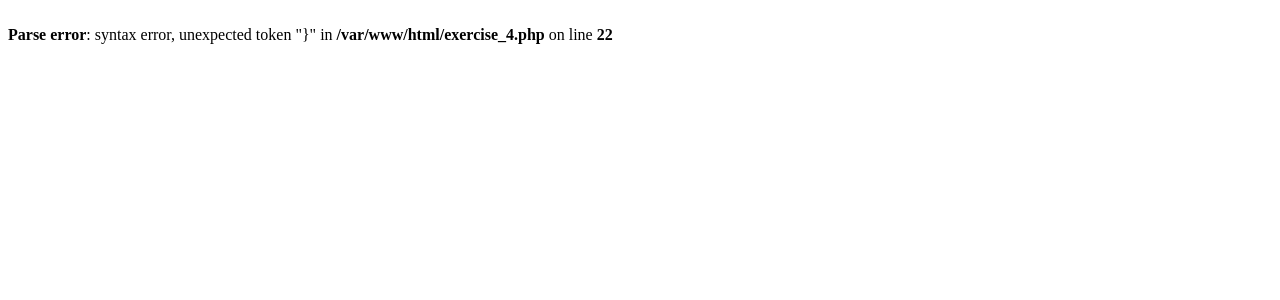
Repository: ajayrkp/HTML_CSS_Notes
Page: http://localhost/exercise_4.php
These files come from the project's save history. The page is drawn as it stood at one moment and after the next save; the edit follows.
The browser window is 1280 px wide. The pictures show the whole page.
The page is run by PHP 8.4 with error messages shown; the project is at /var/www/html/.

Above is the page before, as saved 2012-10-12 23:48:12.

After the next save:
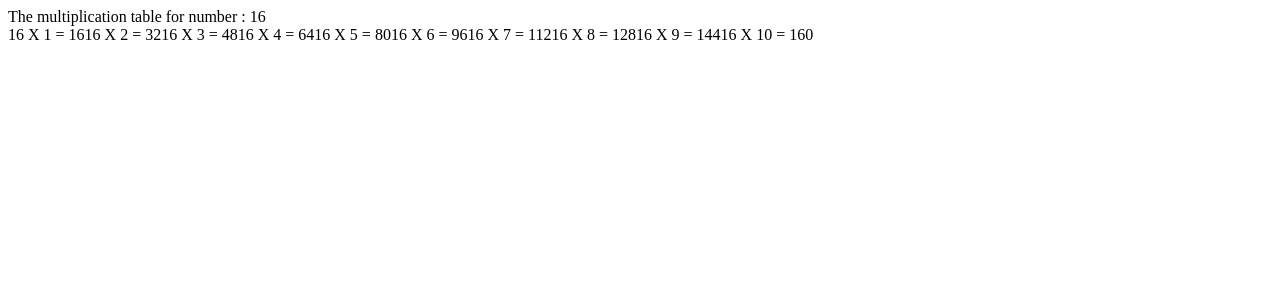
Saved 60 s later.
--- a/HomeWorks/exercise_4.php
+++ b/HomeWorks/exercise_4.php
@@ -18,7 +18,7 @@
 	print "The multiplication table for number : " . $tableNumber . "<br>";
 
 	for($i = 1; $i<11; $i++) {
-		print
+		print $tableNumber . " X " . $i . " = " . $tableNumber*$i;
 	}
 
 ?>
